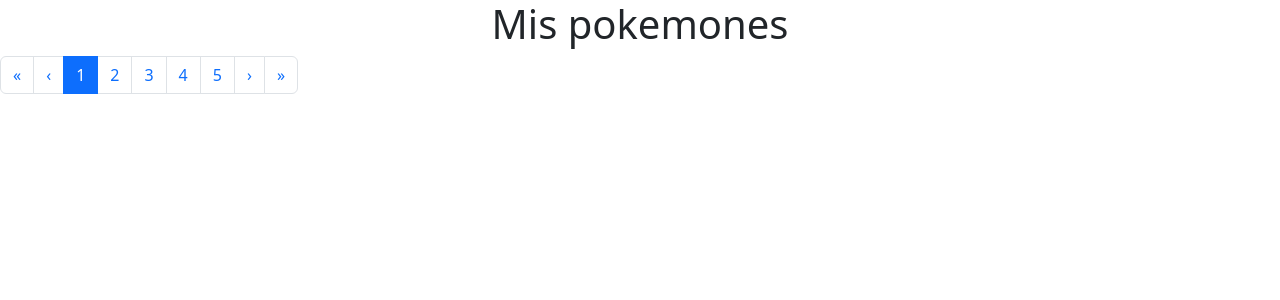
Repository: MiguelDev5/poke-shop
Page: /
These files come from the project's save history. The page is drawn as it stood at one moment and after a run of saves; the edit follows.
The browser window is 1280 px wide. The pictures show the whole page.
The page's requests for data from a server got no answer. The project was rebuilt for these pictures with package versions that can differ from the ones it lists, and the page was loaded fresh each time. No one was signed in, and anything a server would have sent is missing.

Above is the page before, as saved 2023-10-28 00:19:26.

After the next 2 saves:
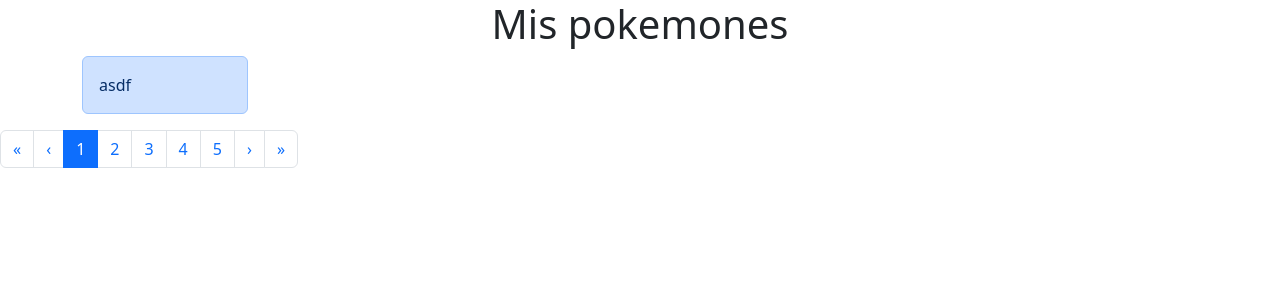
The 2 saves are shown as one change because 1 did not build or start.
The last was saved 41 s later.
--- a/src/components/body.js
+++ b/src/components/body.js
@@ -15,28 +15,27 @@
     //     console.error(error);
     // }
 
-    // return (
-    //     <Container>
+    return (
+        <Container>
 
-    //         <Row>
+            <Row>
 
 
 
-    //             props.data['results'].map((elemento, index) => (
-    //                     <Col xxl={2} xl={2} lg={2} md={4} xs={6} >
-    //                      <Alert key="{elemento['name']}" variant='primary'>
-    //                          {elemento['name']}
-    //                      </Alert>
-    //                  </Col>
-    //             ))
+
+                        <Col xxl={2} xl={2} lg={2} md={4} xs={6} >
+                         <Alert key="{elemento['name']}" variant='primary'>
+                             asdf
+                         </Alert>
+                     </Col>
 
 
 
 
 
-    //         </Row>
-    //     </Container>
-    // );
+            </Row>
+        </Container>
+    );
 }
 
 export default PokeGrid;
